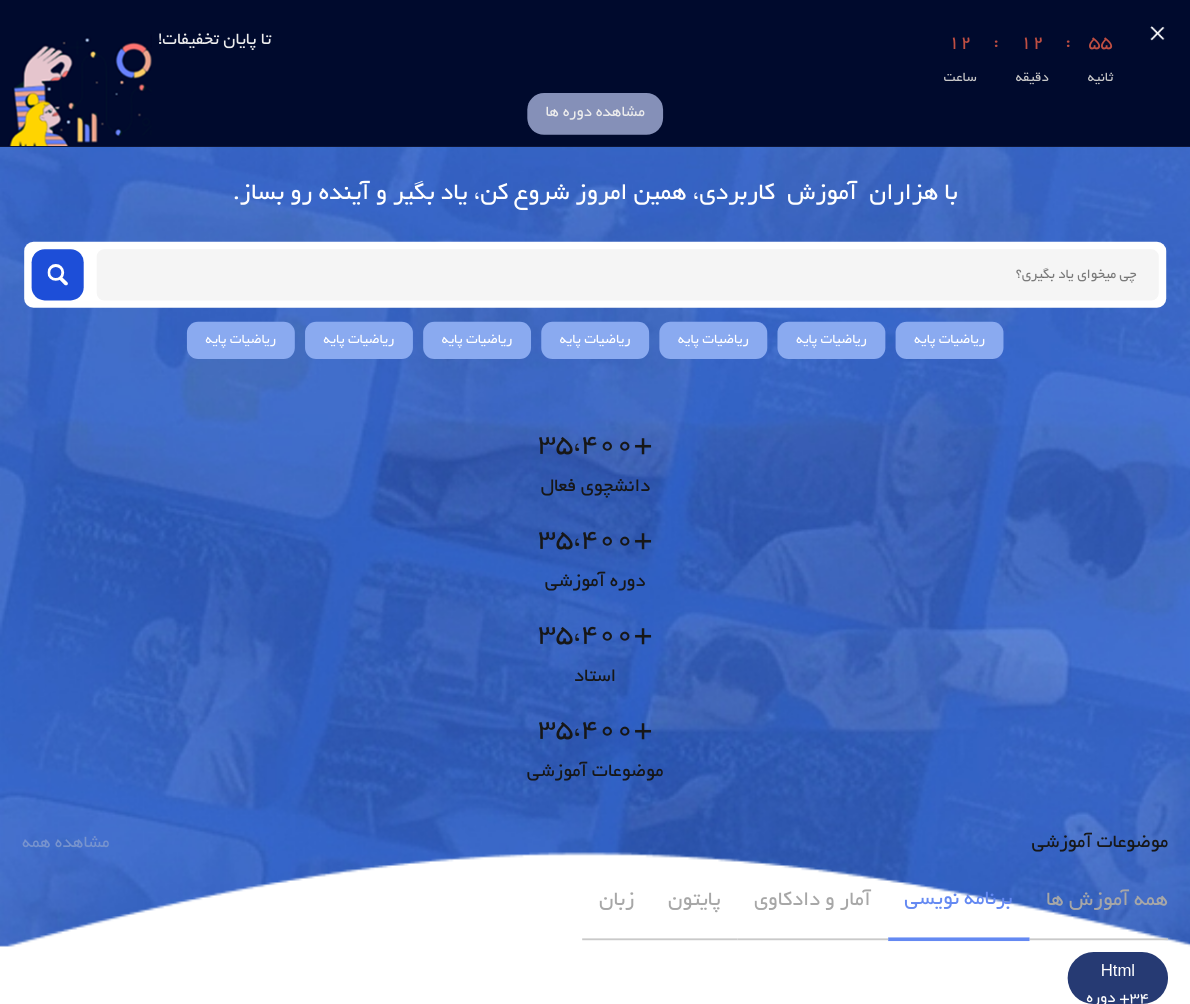
Repository: sinafath/fradars
Page: /
An editor plug-in stored every save of this project. The page is shown before and after the next save, followed by the edit.
The browser window is 1280 px wide. The pictures show the whole page, at 93% of full size.
The project was rebuilt for these pictures with package versions that can differ from the ones it lists, and the page was loaded fresh each time. The framework's server and built-in components were replaced by stand-ins that run in the browser. Also part of the build but not shown: next.config.ts.

Above is the page before, as saved 2025-09-22 17:57:31.

### src/app/layout.tsx
import type { Metadata } from "next";
import localFont from 'next/font/local'

const myFont = localFont({
  src: '../../public/BYEKAN.ttf',
})
import "./globals.css";

console.log(myFont)

export const metadata: Metadata = {
  title: "Fradars",
  description: "tutoring website",
};

export default function RootLayout({
  children,
}: Readonly<{
  children: React.ReactNode;
}>) {
  return (
    <html lang="fa" dir="rtl" className={myFont.className}>
      <body
      >
        {children}
      </body>
    </html>
  );
}

### src/app/page.tsx
import { Center, Column, Row } from "@/components/core";
import { Header } from "@/components/HomePage";
import Image from "next/image";

export default function Home() {
  return (
    <div>
      <div className="w-full relative flex justify-center bg-[#000A2D] h-[158px] ">
        <Image
          aria-hidden
          className="absolute left-0"
          src="/1.png"
          alt="File icon"
          width={163}
          height={157}
        />
        <Image
          aria-hidden
          className="absolute top-[28px] start-[28px]"
          src="/2.png"
          alt="File icon"
          width={15}
          height={15}
        />
        <Row className="top-[30px] absolute start-[83px] gap-[18px] h-[58px]" align="start" >
          <Column className="gap-[20px] text-center">
            <span className="text-[22px]  h-[22px]  text-[#BF4F43]">۵۵</span>
            <span className="text-[#C9C9C9] text-[16px]">ثانیه</span>
          </Column >
          <span className="text-[22px] text-[#BF4F43]">:</span>
          <Column className="gap-[20px] text-center">
            <span className="text-[22px] h-[22px]  text-[#BF4F43]">۱۲</span>
            <span className="text-[#C9C9C9] text-[16px]">دقیقه</span>
          </Column >
          <span className="text-[22px] text-[#BF4F43]">:</span>
          <Column className="gap-[20px] text-center">
            <span className="text-[22px] h-[22px]  text-[#BF4F43]">۱۲</span>
            <span className="text-[#C9C9C9] text-[16px]">ساعت</span>
          </Column >
        </Row>
        <p className=" absolute top-[29px] end-[170px] text-[#EDEDED] text-[20px]">تا پایان تخفیفات!</p>
        <button className=" w-[146px] h-[45px] bg-[#8590B8] rounded-[18px] absolute bottom-[13px] text-[18px] text-[#EDEDED]">مشاهده دوره ها</button>
      </div>
      <Column className="relative text-center">
        <h1 className="text-[28px] text-white pt-[30px] px-[62px]"> با هزاران  آموزش‌  کاربردی، همین امروز شروع کن،
          یاد بگیر و آینده رو بساز.</h1>
        <Row className="mt-[30px] w-[calc(100%-52px)] bg-white p-[8px] gap-[14px] h-[71px] mx-[26px] rounded-[10px]" >
          <input type="text" className="bg-[#F5F5F5] flex-1 h-full text-black rounded-[8px] px-[24px] " placeholder="چی میخوای یاد بگیری؟" />
          <Center className="bg-[#1D4ED8] w-[56px] h-full rounded-[14px]">
            <img src="/4.svg" />
          </Center>
        </Row>
        <Row className="flex-wrap gap-x-[11px] gap-y-[15px] mt-[15px] justify-center ">
          <div className="rounded-[12px] text-[16px] px-[20px] py-[8px] bg-[#8AAAF0] text-white"> ریاضیات پایه </div>
          <div className="rounded-[12px] text-[16px] px-[20px] py-[8px] bg-[#8AAAF0] text-white"> ریاضیات پایه </div>
          <div className="rounded-[12px] text-[16px] px-[20px] py-[8px] bg-[#8AAAF0] text-white"> ریاضیات پایه </div>
          <div className="rounded-[12px] text-[16px] px-[20px] py-[8px] bg-[#8AAAF0] text-white"> ریاضیات پایه </div>
          <div className="rounded-[12px] text-[16px] px-[20px] py-[8px] bg-[#8AAAF0] text-white"> ریاضیات پایه </div>
          <div className="rounded-[12px] text-[16px] px-[20px] py-[8px] bg-[#8AAAF0] text-white"> ریاضیات پایه </div>
          <div className="rounded-[12px] text-[16px] px-[20px] py-[8px] bg-[#8AAAF0] text-white"> ریاضیات پایه </div>
        </Row>
        <Image
          aria-hidden
          className="absolute top-0 start-0 w-full z-[-1]"
          src="/3.png"
          alt="File icon"
          width={560}
          height={377}
        />
      </Column>
      <Column className="gap-[17px] text-center pt-[70px] ">
        <Column className="gap-[4px]">
          <div className="text-[32px]"> +۳۵،۴۰۰</div>
          <div className="text-[22px]">دانشچوی فعال</div>
        </Column>
        <Column className="gap-[4px]">
          <div className="text-[32px]">  +۳۵،۴۰۰ </div>
          <div className="text-[22px]"> دوره آموزشی</div>
        </Column>
        <Column className="gap-[4px]">
          <div className="text-[32px]"> +۳۵،۴۰۰</div>
          <div className="text-[22px]"> استاد</div>
        </Column>
        <Column className="gap-[4px]">
          <div className="text-[32px]"> +۳۵،۴۰۰</div>
          <div className="text-[22px]"> موضوعات آموزشی</div>
        </Column>
      </Column>
      <Header title="موضوعات آموزشی " />
      <Row className=" overflow-y-auto ms-[24px]">
        <div className="pe-[18px] flex-shrink-0   text-[#A7A7A7] text-[24px] pb-[22px] border-b-[2px]  border-solid border-b-[#C9C9C9]">همه آموزش ها</div>
        <div className="pe-[18px] flex-shrink-0 ps-[18px] text-[#6489F2]  text-[24px] pb-[22px] border-b-[4px] border-solid border-b-[#6489F2]"  > برنامه نویسی</div>
        <div className="pe-[18px] flex-shrink-0 ps-[18px] text-[#A7A7A7] text-[24px] pb-[22px] border-b-[2px]  border-b-solid border-b-[#C9C9C9]">آمار و دادکاوی</div>
        <div className="pe-[18px] flex-shrink-0 ps-[18px] text-[#A7A7A7] text-[24px] pb-[22px] border-b-[2px] border-b-solid border-b-[#C9C9C9]">پایتون</div>
        <div className="pe-[18px] flex-shrink-0 ps-[18px] text-[#A7A7A7] text-[24px] pb-[22px] border-b-[2px] border-b-solid border-b-[#C9C9C9]">زبان</div>
      </Row>
      <Row className="mt-[12px] gap-[12px] overflow-y-auto ms-[24px]">
        <Column className="rounded-[28px] w-[108px] h-[56px]  py-[10px] flex-shrink-0 gap-[1px] bg-[#263A73] text-center text-white text-[18px]">
          <div className="">Html</div>
          <div>34+ دوره</div>
        </Column>
      </Row>
    </div>
  );
}

### src/app/globals.css

@import "tailwindcss";

:root {
  --background: #ffffff;
  --foreground: #171717;
}

@theme inline {
  --color-background: var(--background);
  --color-foreground: var(--foreground);
}
@layer base {
  *{
    @apply box-border; /* Ensures box-sizing: border-box */
  }
}
@media (prefers-color-scheme: dark) {
  :root {
    --background: #0a0a0a;
    --foreground: #ededed;
  }
}


body {
  background: var(--background);
  color: var(--foreground);
  font-weight: normal;
}

### src/components/core.tsx
import { cn } from "@/lib/utils";
import { ReactNode } from "react";

type AlignItems = 'start' | 'center' | 'end' | 'baseline' | 'stretch';
type JustifyContent = 'start' | 'center' | 'end' | 'between' | 'around' | 'evenly';

interface FlexProps {
    children?: ReactNode;
    className?: string;
    align?: AlignItems;
    justify?: JustifyContent;
}

const alignClasses: Record<AlignItems, string> = {
    start: 'items-start',
    center: 'items-center',
    end: 'items-end',
    baseline: 'items-baseline',
    stretch: 'items-stretch',
};

const justifyClasses: Record<JustifyContent, string> = {
    start: 'justify-start',
    center: 'justify-center',
    end: 'justify-end',
    between: 'justify-between',
    around: 'justify-around',
    evenly: 'justify-evenly',
};

interface CenterProps {
    children: ReactNode;
    className?: string;
}

function Center({ children, className }: CenterProps) {
    return (
        <div className={cn('flex items-center justify-center', className)}>
            {children}
        </div>
    );
}

function Row({
    children,
    className,
    align = 'center',
    justify = 'start',
    ...props
}: FlexProps) {
    return (
        <div
            className={cn('flex flex-row', alignClasses[align], justifyClasses[justify], className)}
            {...props}
        >
            {children}
        </div>
    );
}

function Column({
    children,
    className,
    align = 'center',
    justify = 'start',
    ...props
}: FlexProps) {
    return (
        <div
            className={cn('flex flex-col', alignClasses[align], justifyClasses[justify], className)}
            {...props}
        >
            {children}
        </div>
    );
}

export { Column, Center, Row };

### src/components/HomePage/index.tsx
import { cn } from "@/lib/utils";
import { ReactNode } from "react";
import { Row } from "../core";

interface HeaderProps {
    className?: { title: string, row: string };
    title: string
}

function Header({ title, className }: HeaderProps) {
    const { title: titleClass, row } = className ?? {}
    return (

        <Row justify="between" className={cn('mt-[44px] mb-[26px] px-[24px]', row)}>
            <h3 className={cn('text-[22px]', titleClass)}>{title}</h3>
            <p className="text-[20px] text-[#7894CE]"> مشاهده همه</p>
        </Row>
    );
}
interface CardProps {
    className?: { title: string, row: string };
    title: string
}
function Card({ children, className }: CardProps) {
    return (
        <div className={cn('flex items-center justify-center', className)}>
            {children}
        </div>
    );
}


export { Card,Header };

Loaded but not shown: src/lib/utils.ts (common file)

After the next save:
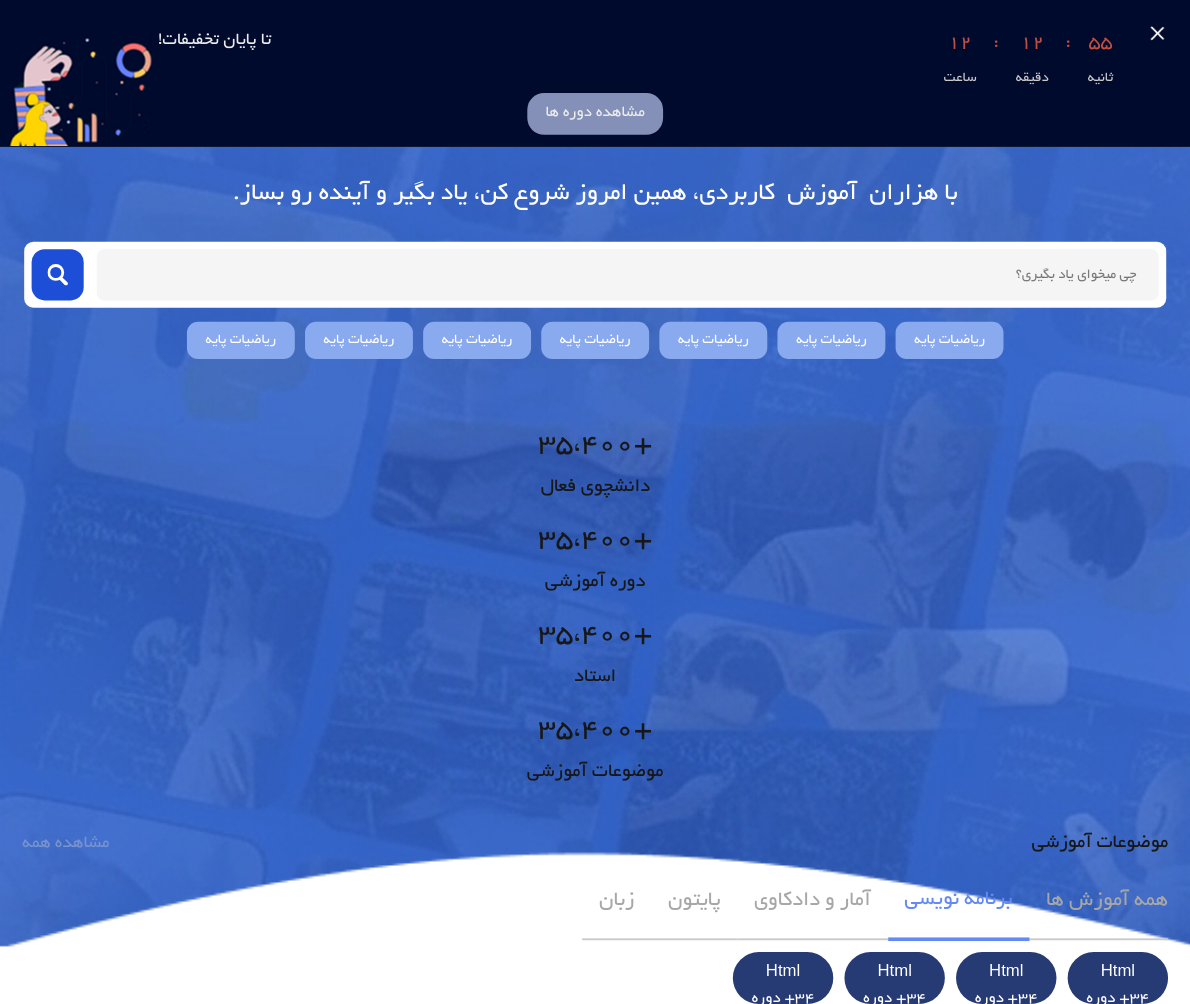
Saved 11 s later.
--- a/src/app/page.tsx
+++ b/src/app/page.tsx
@@ -99,6 +99,16 @@
           <div className="">Html</div>
           <div>34+ دوره</div>
         </Column>
+                <Column className="rounded-[28px] w-[108px] h-[56px]  py-[10px] flex-shrink-0 gap-[1px] bg-[#263A73] text-center text-white text-[18px]">
+          <div className="">Html</div>
+          <div>34+ دوره</div>
+        </Column>        <Column className="rounded-[28px] w-[108px] h-[56px]  py-[10px] flex-shrink-0 gap-[1px] bg-[#263A73] text-center text-white text-[18px]">
+          <div className="">Html</div>
+          <div>34+ دوره</div>
+        </Column>        <Column className="rounded-[28px] w-[108px] h-[56px]  py-[10px] flex-shrink-0 gap-[1px] bg-[#263A73] text-center text-white text-[18px]">
+          <div className="">Html</div>
+          <div>34+ دوره</div>
+        </Column>
       </Row>
     </div>
   );

After the 2 saves that followed:
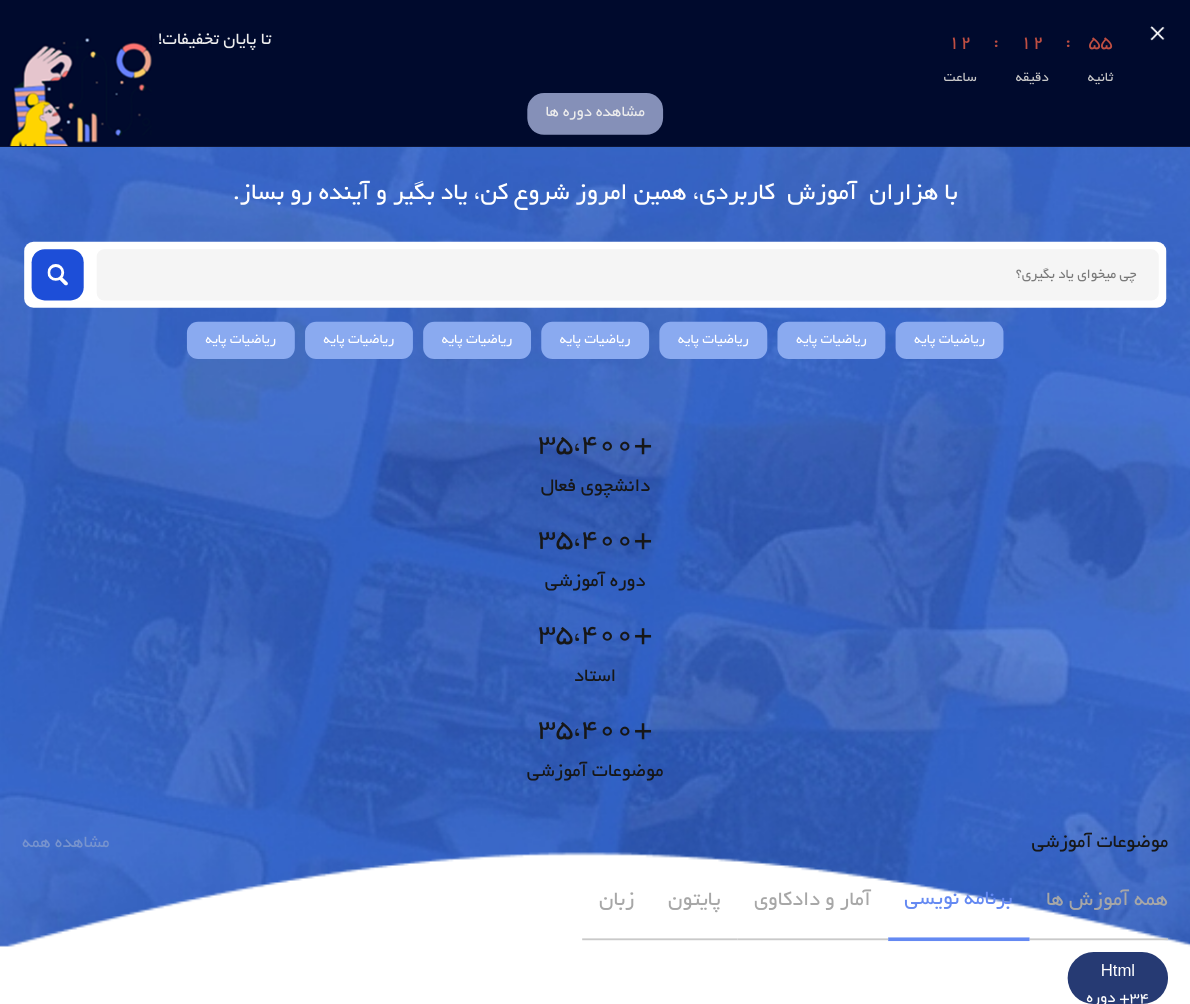
The 2 saves are shown as one change because 1 left the picture as it was.
The last was saved 13 s later.
--- a/src/app/page.tsx
+++ b/src/app/page.tsx
@@ -99,16 +99,7 @@
           <div className="">Html</div>
           <div>34+ دوره</div>
         </Column>
-                <Column className="rounded-[28px] w-[108px] h-[56px]  py-[10px] flex-shrink-0 gap-[1px] bg-[#263A73] text-center text-white text-[18px]">
-          <div className="">Html</div>
-          <div>34+ دوره</div>
-        </Column>        <Column className="rounded-[28px] w-[108px] h-[56px]  py-[10px] flex-shrink-0 gap-[1px] bg-[#263A73] text-center text-white text-[18px]">
-          <div className="">Html</div>
-          <div>34+ دوره</div>
-        </Column>        <Column className="rounded-[28px] w-[108px] h-[56px]  py-[10px] flex-shrink-0 gap-[1px] bg-[#263A73] text-center text-white text-[18px]">
-          <div className="">Html</div>
-          <div>34+ دوره</div>
-        </Column>
+
       </Row>
     </div>
   );
